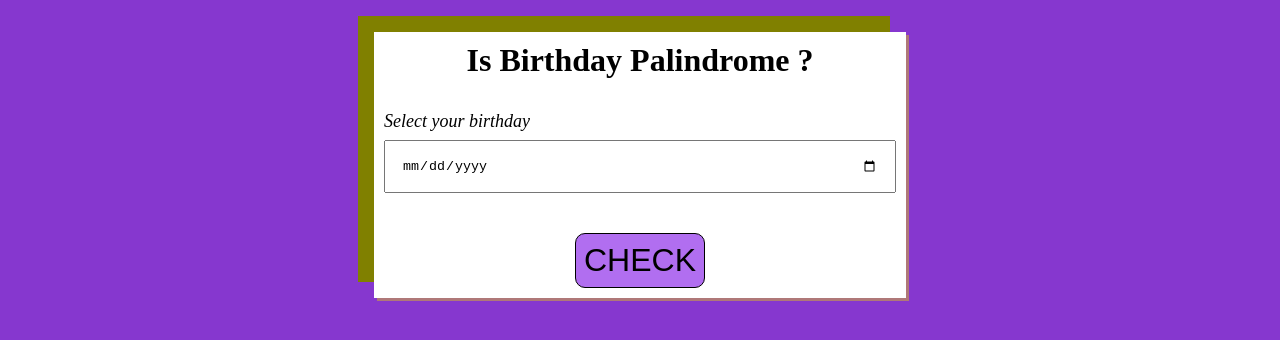
Repository: patelamancode/Palindrome-Birthday
Page: index.html
An editor plug-in stored every save of this project. The page is shown before and after the next save, followed by the edit.
The browser window is 1280 px wide. The pictures show the whole page.

Above is the page before, as saved 2022-12-02 20:01:46.

### index.html
<!DOCTYPE html>
<html lang="en">
<head>
    <meta charset="UTF-8">
    <meta http-equiv="X-UA-Compatible" content="IE=edge">
    <meta name="viewport" content="width=device-width, initial-scale=1.0">
    <link rel="stylesheet" href="index.css">
    <title>Is Birthday A Palindrome</title>
</head>
<body>
    <div id="main-container">
        <h1>Is Birthday Palindrome ?</h1>
        <label for="birth date">Select your birthday</label>
        <input type="date" id="selected-dob" />
        <button id="check-btn">CHECK</button>
        <h2 id="result-display">Hey Result is here</h2>
    </div>
    <script src="index.js"></script>
</body>
</html>

### index.css
* {
    margin: 0;
    padding: 0;
  }
  body {
    background-color: rgb(134, 55, 207);
  }

  #main-container {
    background-color: white;
    display: flex;
    flex-direction: column;
    width: 40vw;
    margin: auto;
    margin-top: 2rem;
    padding: 10px;
    text-align: center;
    box-shadow: 3px 3px rgb(175, 120, 120), -1em -1em olive;
  }

  .app-title {
    margin: 2rem 0;
  }

  label {
    width: auto;
    text-align: left;
    font-style: italic;
    font-size: large;
    margin-top: 2rem;
    margin-bottom: 0.5rem;
  }

  input{
     padding: 1rem;
  }

  button {
    margin: auto;
    margin-top: 2.5rem;
    padding: 0.5rem;
    font-size: 2rem;
    font-weight: 500;
     font-weight: 300;
    border: 1px solid;
    background-color: rgb(177, 110, 240);
    border-radius: 10px;
  }
  #result-display {
    display: none;
    padding-top: 1rem;
    font-style: italic;
    margin: auto;
  }

### index.js
var dob = document.querySelector('#selected-dob');
var checkBtn = document.querySelector('#check-btn');
var result = document.querySelector('#result-display');

function reverseString(str) {
    return str.split("").reverse().join("");
}

function isPalindrome(str) {
    return str === reverseString(str);
}

function dateString(date) {
    var dateStr = {
        day: "",
        month: "",
        year: ""
    };
    if (date.day < 10) dateStr.day = "0" + date.day;
    else dateStr.day = date.day.toString();

    if (date.month < 10) dateStr.month = "0" + date.month;
    else dateStr.month = date.month.toString();

    dateStr.year = date.year.toString();
    return dateStr;
}

function dateAllVariations(date) {
    var ddmmyyyy = date.day + date.month + date.year;
    var mmddyyyy = date.month + date.day + date.year;
    var yyyymmdd = date.year + date.month + date.day;
    var ddmmyy = date.day + date.month + date.year.slice(-2);
    var mmddyy = date.month + date.day + date.year.slice(-2);
    var yymmdd = date.year.slice(-2) + date.month + date.day;

    return [ddmmyyyy, mmddyyyy, yyyymmdd, ddmmyy, mmddyy, yymmdd];
}

function checkPalindromesForAllDateFormats(date) {
    var listOfDates = dateAllVariations(date);
    var flag = false;

    for (let i = 0; i < listOfDates.length; i++)
        if (isPalindrome(listOfDates[i])) {
            flag = true;
            break;
        }
    return flag;
}

function isLeapYear(year) {
    if ((year % 4 === 0 && year % 100 !== 0) || year % 400 === 0) return true;
    return false;
}

function getNextDate(date) {
    var daysInMonths = [31, 28, 31, 30, 31, 30, 31, 31, 30, 31, 30, 31];

    var day = date.day + 1;
    var month = date.month;
    var year = date.year;

    if (month === 2)
        if (isLeapYear(year)) {
            if (day > 29) {
                day = 1;
                month = 3;
            }
        } else {
            if (day > 28) {
                day = 1;
                month = 3;
            }
        }
    else {
        if (day > daysInMonths[month - 1]) {
            day = 1;
            month++;
        }
    }

    if (month > 12) {
        day = 1;
        month = 1;
        year++;
    }
    return {
        day: day,
        month: month,
        year: year,
    };
}

function getPreviousDate(date) {
    var daysInMonths = [31, 28, 31, 30, 31, 30, 31, 31, 30, 31, 30, 31];

    var day = date.day - 1;
    var month = date.month;
    var year = date.year;

    if (month === 3)
        if (isLeapYear(year)) {
            if (day === 0) {
                day = 29;
                month = 2;
            }
        } else {
            if (day === 0) {
                day = 28;
                month = 2;
            }
        }
    else {
        if (day === 0) {
            month--;
            day = daysInMonths[month - 1];
        }
    }

    if (month === 0) {
        day = 31;
        month = 12;
        year--;
    }
    return {
        day: day,
        month: month,
        year: year,
    };
}

function getNextPalindrome(date) {
    var count = 0;
    var nextDate = getNextDate(date);

    while (1) {
        count++;
        var dateStr = dateString(nextDate);
        if (checkPalindromesForAllDateFormats(dateStr)) break;
        nextDate = getNextDate(nextDate);
    }
    return [count, nextDate];
}

function getLastPalindrome(date) {
    var count = 0;
    var previousDate = getPreviousDate(date);

    while (1) {
        count++;
        var dateStr = dateString(previousDate);
        if (checkPalindromesForAllDateFormats(dateStr)) break;
        previousDate = getPreviousDate(previousDate);
    }
    return [count, previousDate];
}

function forNearestPalindromeDate(date) {
    let dateInputValue = dob.value;
    let dateValue = dateInputValue.split('-');
    var date = {
        day: Number(dateValue[2]),
        month: Number(dateValue[1]),
        year: Number(dateValue[0])
    }

    let dateAsStr = dateString(date);
    let birthdayCheck = checkPalindromesForAllDateFormats(dateAsStr);

    if (birthdayCheck) {
        result.style.display = "flex";
        result.innerText = "Yoo !! Birthday is Palindrome.. Let's Party hard 🎉🎉";
    } else {
        let nextPalindromeDate = getNextPalindrome(date);
        let lastPalindromeDate = getLastPalindrome(date);

        let nextDays = nextPalindromeDate[0];
        let nextStrDate = dateString(nextPalindromeDate[1]);

        let lastDays = lastPalindromeDate[0];
        let lastStrDate = dateString(lastPalindromeDate[1]);

        // console.log(nextStrDate, lastStrDate);

        if(nextDays < lastDays){
            result.style.display = "flex";
            result.innerText = `Opps !! your are lagging with ${nextDays} days, and the next palindrome date is ${(nextStrDate.day)}/${(nextStrDate.month)}/${(nextStrDate.year)}, So please go and complain your parents 🤪`;
        }
        else{
            result.style.display = "flex";
            result.innerText = `Opps !! your are leading with ${lastDays} days, and the previous palindrome date is ${(lastStrDate.day)}/${(lastStrDate.month)}/${(lastStrDate.year)}, So please go and complain your parents 🤪`;
        }
    }

}

checkBtn.addEventListener('click', forNearestPalindromeDate);

After the next save:
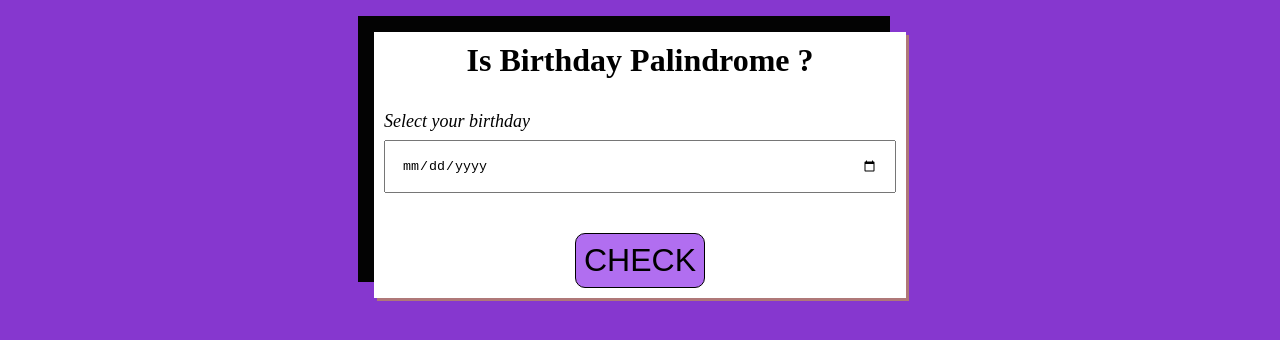
Saved 11 s later.
--- a/index.css
+++ b/index.css
@@ -15,7 +15,7 @@
     margin-top: 2rem;
     padding: 10px;
     text-align: center;
-    box-shadow: 3px 3px rgb(175, 120, 120), -1em -1em olive;
+    box-shadow: 3px 3px rgb(175, 120, 120), -1em -1em rgb(3, 3, 3);
   }
 
   .app-title {
